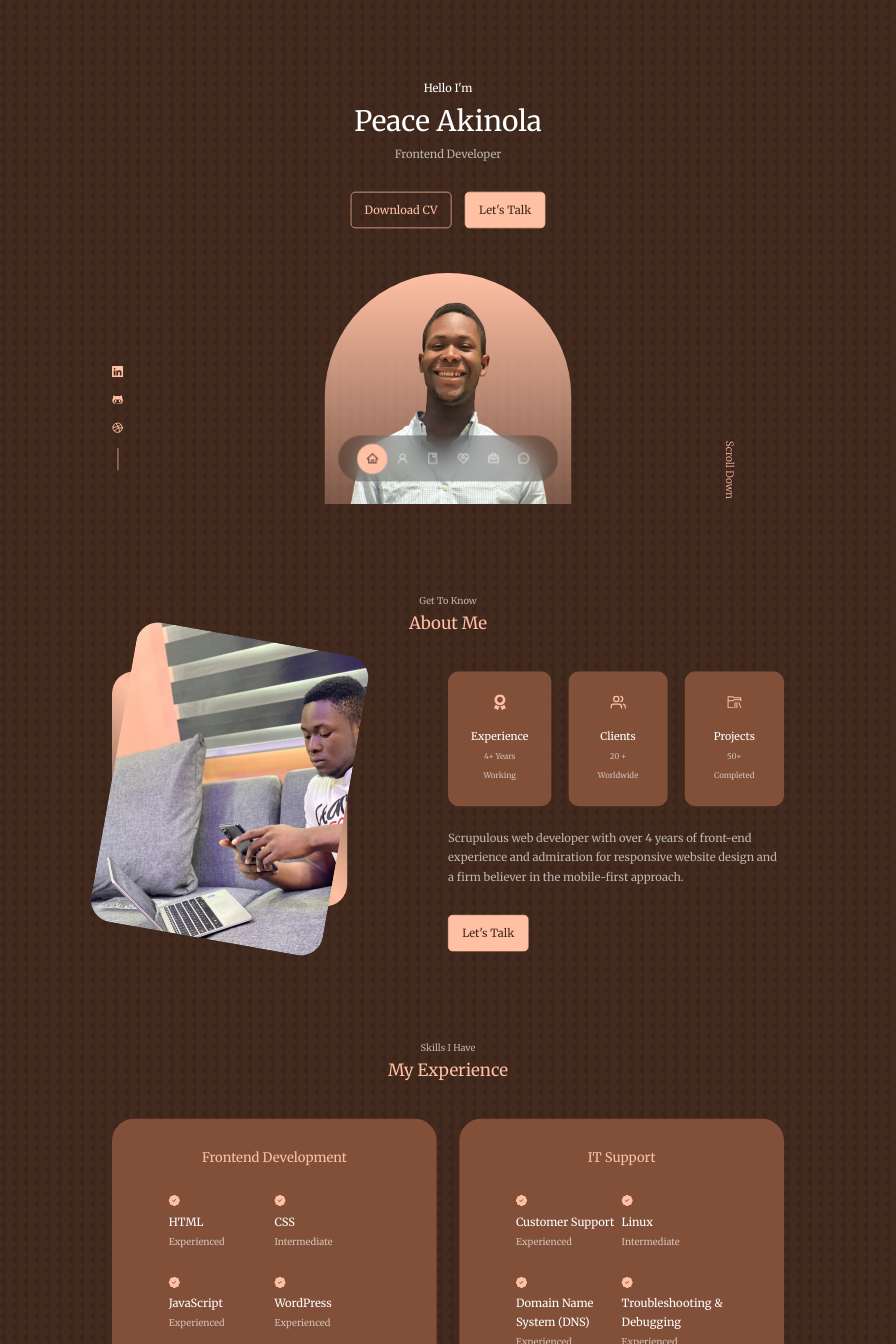
Repository: akinolapo/akinolapo-react
Page: /
These files come from the project's save history. The page is drawn as it stood at one moment and after the next save; the edit follows.
The browser window is 1280 px wide. The pictures show the part of the page from y = 0 to 1920 px (the page is 6023 px tall), at 70% of full size.
The project was rebuilt for these pictures with package versions that can differ from the ones it lists, and the page was loaded fresh each time.

Above is the page before, as saved 2022-05-28 16:24:59.

After the next save:
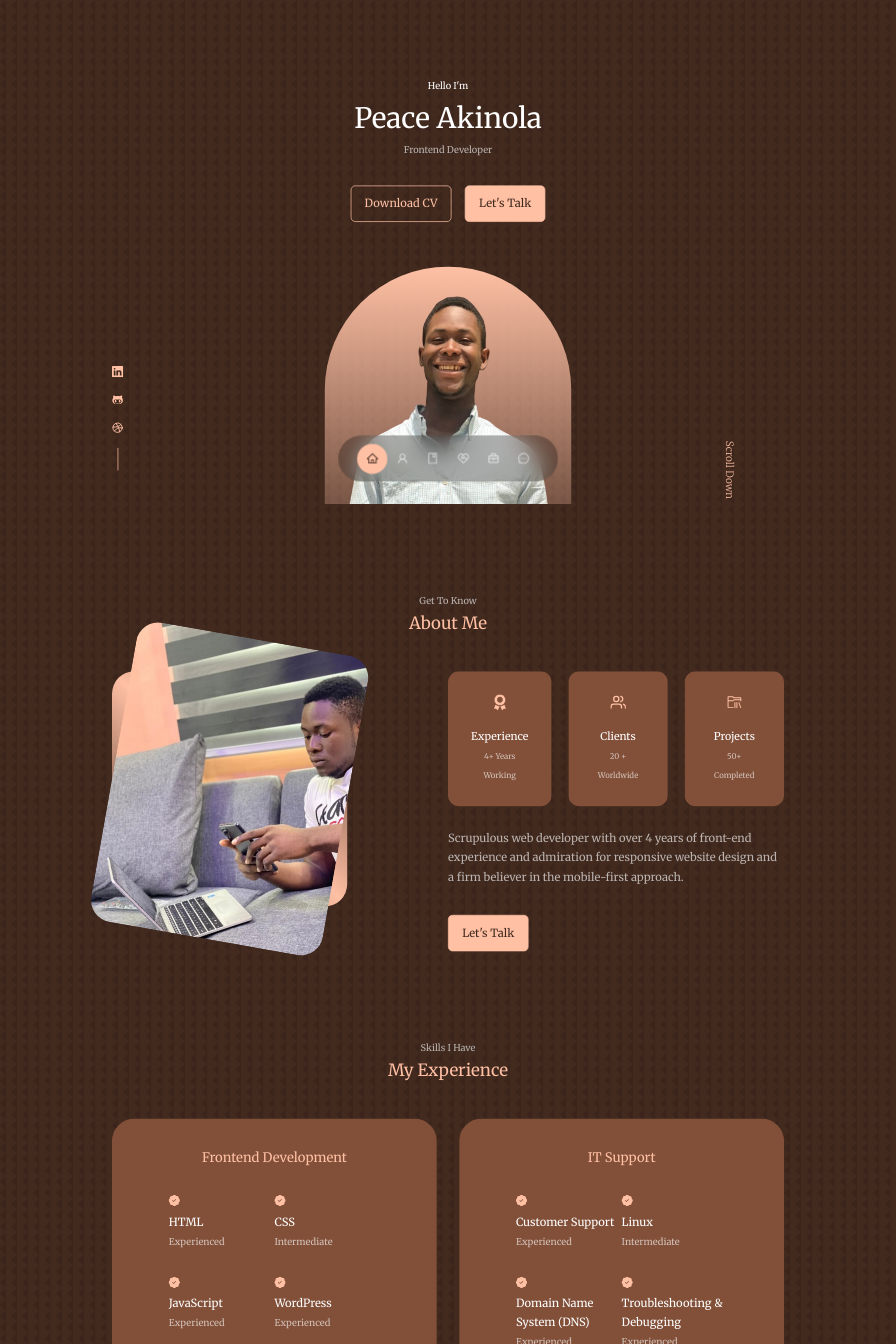
Saved 100 s later.
--- a/src/components/header/header.jsx
+++ b/src/components/header/header.jsx
@@ -8,9 +8,9 @@ const header = () => {
   return (
     <header>
       <div className="container header__container">
-        <h4>Hello I'm</h4>
+        <h5>Hello I'm</h5>
         <h1>Peace Akinola</h1>
-        <h4 className="text-light">Frontend Developer</h4>
+        <h5 className="text-light">Frontend Developer</h5>
         <CTA/>
         <HeaderSocials/>
 
